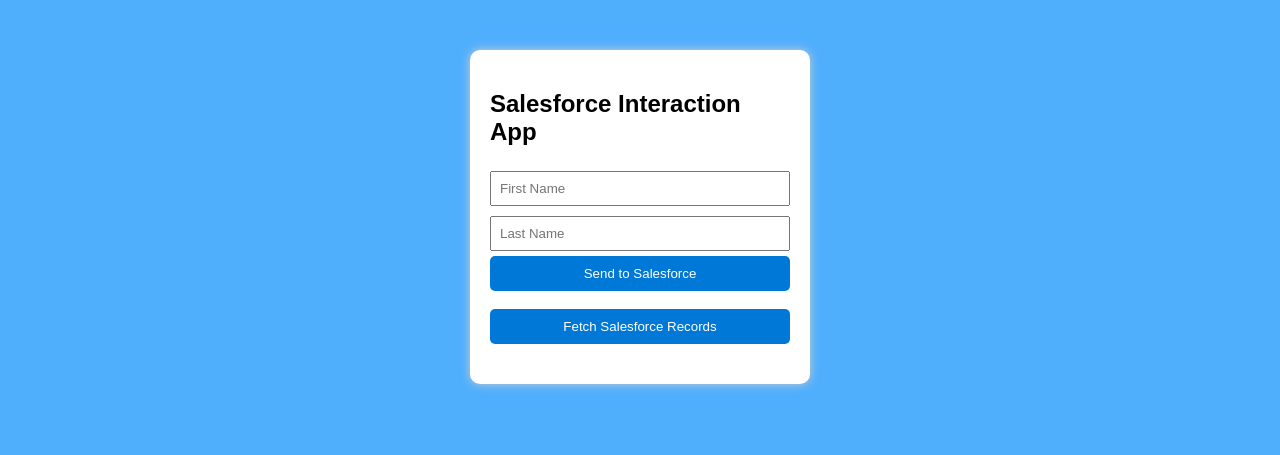
Repository: PamodaW/SalesforceSync
Page: Client/index.html
An editor plug-in stored every save of this project. The page is shown before and after the next save, followed by the edit.
The browser window is 1280 px wide. The pictures show the whole page.

Above is the page before, as saved 2024-11-20 14:44:00.

After the next save:
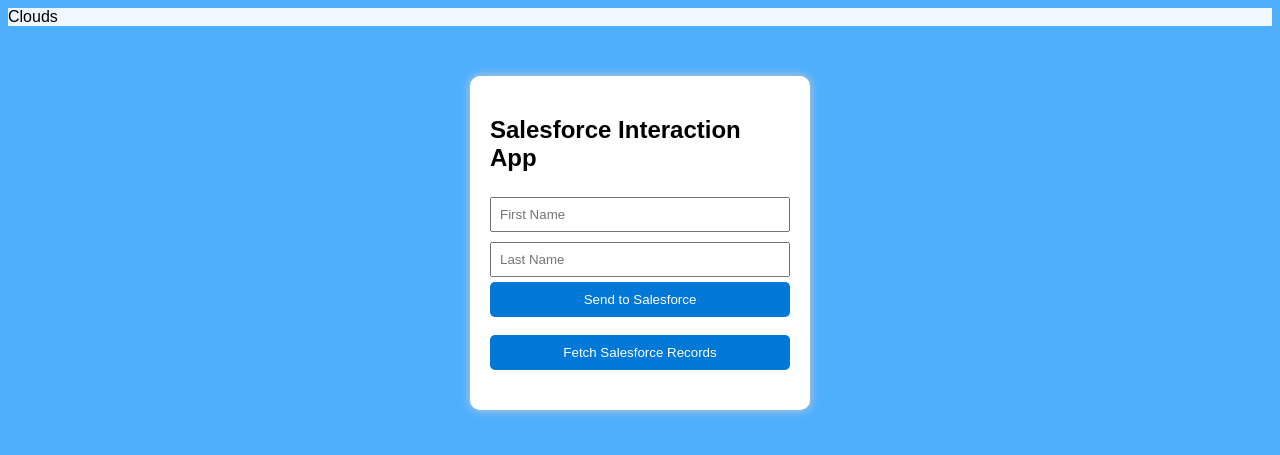
Saved 8 s later.
--- a/Client/index.html
+++ b/Client/index.html
@@ -7,7 +7,7 @@
     <title>Salesforce Web App</title>
 </head>
 <body>
-    <div class="Clouds"></div>
+    <div class="Clouds">Clouds</div>
     <div class="container">
         <h2>Salesforce Interaction App</h2>
         <form id="salesforceForm">
